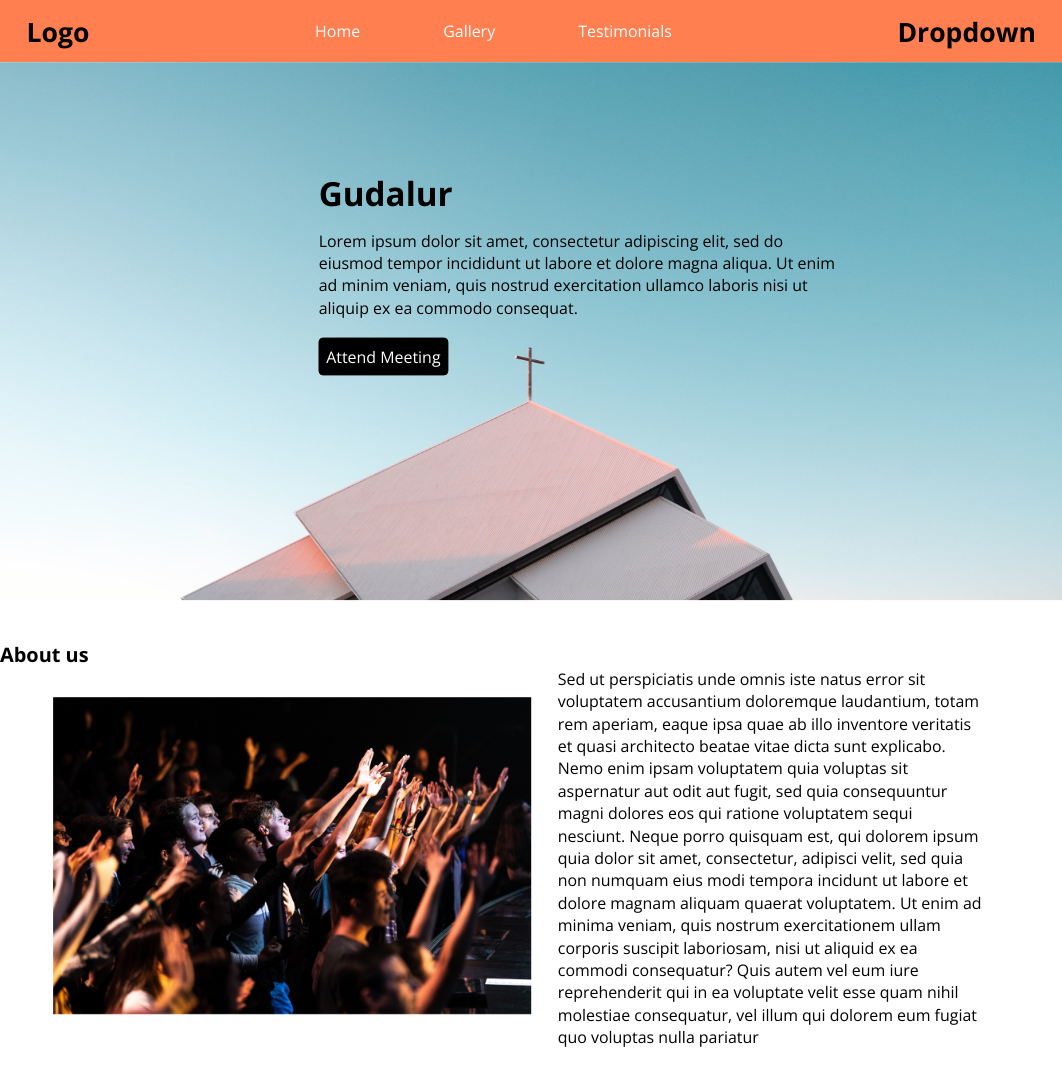
Repository: Imprasna/church
Page: index.html
The author's editor kept a copy of each file at every save. The page is drawn from the files as they stood at one save, then again after a run of saves.
The browser window is 1280 px wide. The pictures show the whole page, at 83% of full size.

Above is the page before, as saved 2022-01-18 23:16:39.

### index.html
<!DOCTYPE html>
<html lang="en">
<head>
    <meta charset="UTF-8">
    <meta http-equiv="X-UA-Compatible" content="IE=edge">
    <meta name="viewport" content="width=device-width, initial-scale=1.0">
    <link rel="stylesheet" href="style.css">
    <title>church 1</title>
</head>
<body>
    <header>
        <div class="logo">
            <h1>Logo</h1>
        </div>

        <nav>
            <a href="#">Home</a>
            <a href="#">Gallery</a>
            <a href="#">Testimonials</a>
        </nav>

        <div class="dropdown">
            <h1>Dropdown</h1>
        </div>
    </header>

    <main>
        <section>
            <div class="hero_sec">
                <img src="images/banner_c1.jpg" alt="">
                <div class="hero_texts">
                    <h1>Gudalur</h1>
                    <p>Lorem ipsum dolor sit amet, consectetur adipiscing elit, sed do eiusmod tempor incididunt ut labore et dolore magna aliqua. Ut enim ad minim veniam, quis nostrud exercitation ullamco laboris nisi ut aliquip ex ea commodo consequat.</p>
                    <a href="#" class="cta">Attend Meeting</a>
                </div>
            </div>
        </section>

        <section>
            <div class="about_sec">
                <h1>About us</h1>

                <div class="about_whole">
                    <div class="about_left">
                        <img src="images/about_sec.png" alt="">
                    </div>
                    <div class="about_right">
                        <p>Sed ut perspiciatis unde omnis iste natus error sit voluptatem accusantium doloremque laudantium, totam rem aperiam, eaque ipsa quae ab illo inventore veritatis et quasi architecto beatae vitae dicta sunt explicabo. Nemo enim ipsam voluptatem quia voluptas sit aspernatur aut odit aut fugit, sed quia consequuntur magni dolores eos qui ratione voluptatem sequi nesciunt. Neque porro quisquam est, qui dolorem ipsum quia dolor sit amet, consectetur, adipisci velit, sed quia non numquam eius modi tempora incidunt ut labore et dolore magnam aliquam quaerat voluptatem. Ut enim ad minima veniam, quis nostrum exercitationem ullam corporis suscipit laboriosam, nisi ut aliquid ex ea commodi consequatur? Quis autem vel eum iure reprehenderit qui in ea voluptate velit esse quam nihil molestiae consequatur, vel illum qui dolorem eum fugiat quo voluptas nulla pariatur</p>
                    </div>
                </div>
            </div>
        </section>


    </main>

    <footer></footer>

    <script src="app.js"></script>
</body>
</html>

### style.css
@import url('https://fonts.googleapis.com/css2?family=Open+Sans:ital,wght@0,300;0,400;0,500;0,600;0,700;1,800&display=swap');

* {
    margin: 0;
    padding: 0;
    box-sizing: border-box;
}

:root {
    --primary-color: #fff;
    --secondary-color: #000;
}

html {
    scroll-behavior: smooth;
}

body {
    font-family: 'Open Sans', sans-serif;
}

header {
    width: 100%;
    padding: 1rem 2rem;
    background: coral;
    display: flex;
    justify-content: space-between;
    align-items: center;
}

nav > a {
    margin-right: 3rem;
    margin-left: 3rem;
    text-decoration: none;
    color: var(--primary-color);
    font-size: 1.2rem;
}

.hero_sec {
    height: 90vh;
    width: 100%;
    position: relative;
}

.hero_sec > img {
    width: 100%;
    height: 100%;
    object-fit: fill;
}

.hero_texts {
    position: absolute;
    top: 20%;
    left: 30%;
    width: 50%;
}

.hero_texts > h1 {
    font-size: 2.5rem;
    font-weight: 800;
    margin-bottom: 1rem;
}

.hero_texts > p {
    font-size: 1.2rem;
    margin-bottom: 2rem;
}

.cta {
    font-size: 1.2rem;
    padding: .5rem .5rem;
    text-decoration: none;
    border: 1px solid #000;
    border-radius: 5px;
    background: var(--secondary-color);
    color: var(--primary-color);
    transition: all .5s;
}

.cta:hover {
    background: transparent;
    border: 1px solid var(--secondary-color);
    color: var(--secondary-color);
}

.about_sec {
    height: 100%;
    width: 100%;
    padding: 3rem 0;
}

.about_whole {
    width: 90%;
    height: 100%;
    display: flex;
    align-items: center;
    margin: 0 auto;
}

.about_left, .about_right {
    width: 50%;
    height: 100%;
}

.about_left > img {
    width: 100%;
    height: 100%;
}

.about_right {
    padding: 0 2rem;
}

.about_right > p {
    font-size: 1.2rem;
}

Loaded but not shown: app.js (no copy from this time; the picture is the same without it)

After the next 4 saves:
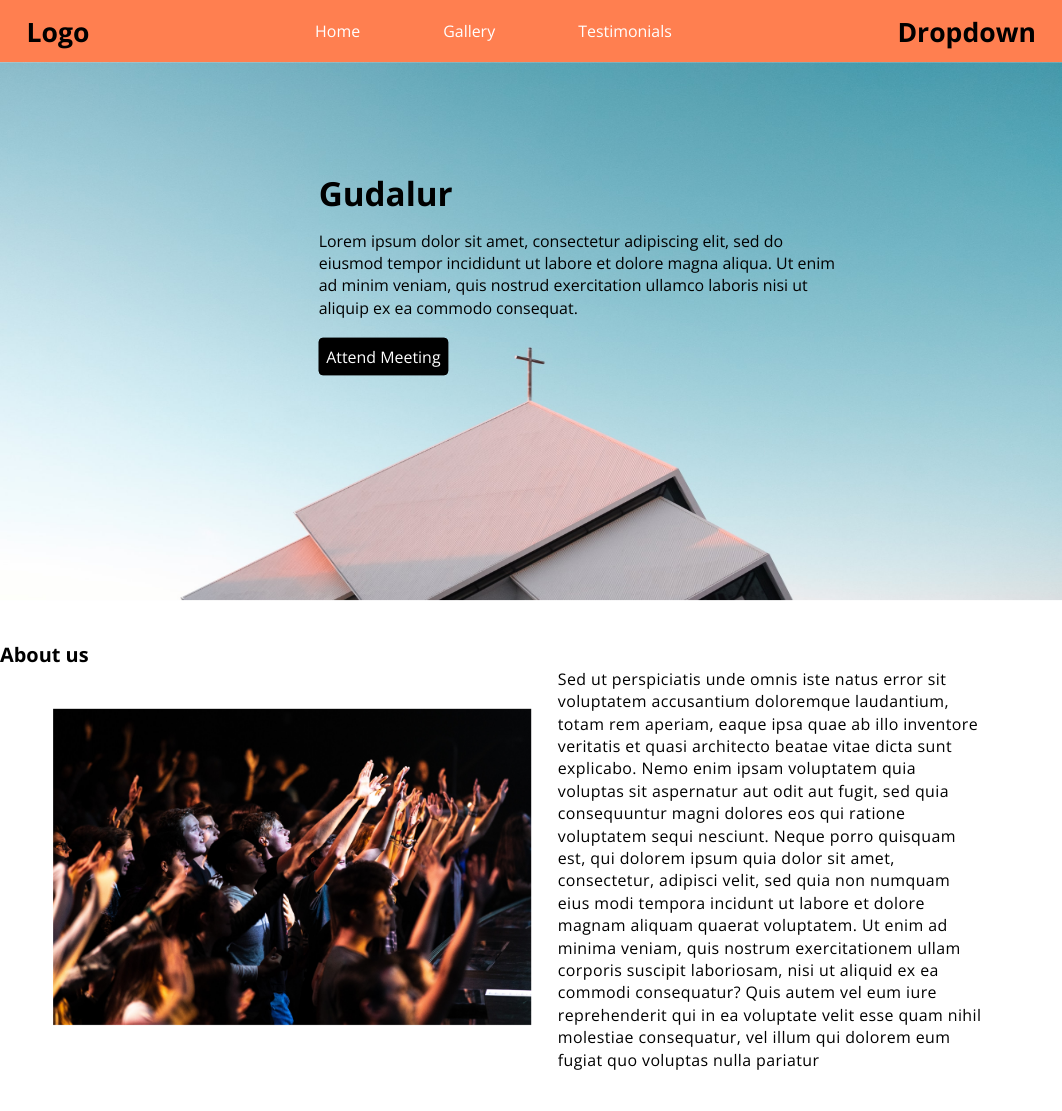
The 4 saves are shown as one change because they came seconds apart.
The last was saved 31 s later.
--- a/style.css
+++ b/style.css
@@ -113,4 +113,6 @@ nav > a {
 
 .about_right > p {
     font-size: 1.2rem;
+    letter-spacing: .5px;
+    line
 }
